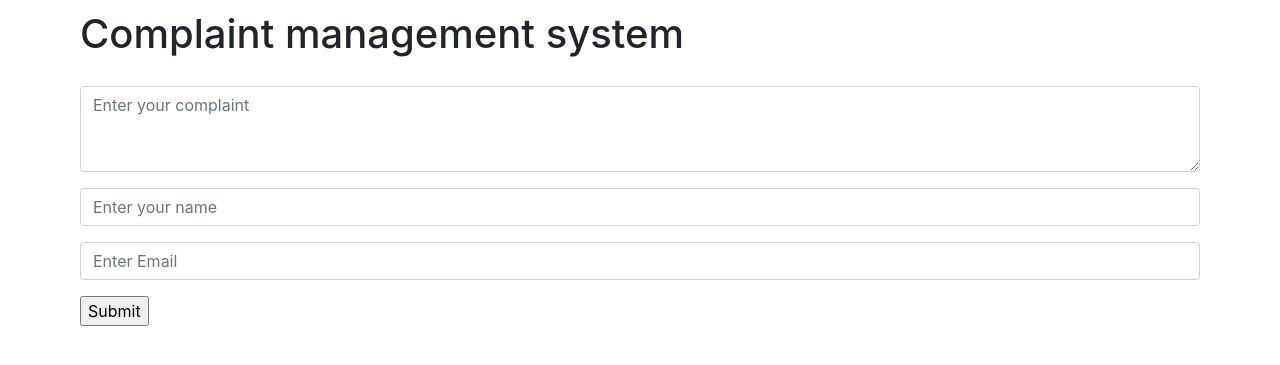
Repository: mkejeiri/Java-Entreprise
Page: http://localhost/complaintsystem/helloWorld
The author's editor kept a copy of each file at every save. The page is drawn from the files as they stood at one save, then again after the next save.
The browser window is 1280 px wide. The pictures show the whole page.
The page is served by Tomcat 9. Other server files are loaded and not shown.

Above is the page before, as saved 2018-05-10 19:24:57.

### complaintsystem/complaintsystem/WebContent/WEB-INF/HelloWorld.jsp
<%@ page language="java" contentType="text/html; charset=UTF-8"
    pageEncoding="UTF-8"%>
<!DOCTYPE html PUBLIC "-//W3C//DTD HTML 4.01 Transitional//EN" "http://www.w3.org/TR/html4/loose.dtd">
<html>
<head>
<meta http-equiv="Content-Type" content="text/html; charset=UTF-8">
<link rel="stylesheet" href="https://stackpath.bootstrapcdn.com/bootstrap/4.1.1/css/bootstrap.min.css" integrity="sha384-WskhaSGFgHYWDcbwN70/dfYBj47jz9qbsMId/iRN3ewGhXQFZCSftd1LZCfmhktB" crossorigin="anonymous">
<style>
	.spacing {
		padding:10px;
	}
</style>
<title>Insert title here</title>
</head>
<body>
	<div class="container spacing">
		<h1>Complaint management system</h1>
	</div>
	<div class="container spacing">
		<form action="/complaintsystem/submitComplaint" method="post">
			<div class="form-group">
			    <textarea class="form-control" id="exampleFormControlTextarea1" rows="3" placeholder="Enter your complaint"></textarea>
			</div>
			<div class="form-group">
			    <input type="text" class="form-control" name="name" placeholder="Enter your name">
			</div>
			<div class="form-group">
			    <input type="email" class="form-control" name="email" placeholder="Enter Email">
			</div>
			<input type="submit" class=".btn btn-default" value="Submit" >
		</form>
	</div>
	<script src="https://code.jquery.com/jquery-3.3.1.slim.min.js" integrity="sha384-q8i/X+965DzO0rT7abK41JStQIAqVgRVzpbzo5smXKp4YfRvH+8abtTE1Pi6jizo" crossorigin="anonymous"></script>
    <script src="https://cdnjs.cloudflare.com/ajax/libs/popper.js/1.14.3/umd/popper.min.js" integrity="sha384-ZMP7rVo3mIykV+2+9J3UJ46jBk0WLaUAdn689aCwoqbBJiSnjAK/l8WvCWPIPm49" crossorigin="anonymous"></script>
    <script src="https://stackpath.bootstrapcdn.com/bootstrap/4.1.1/js/bootstrap.min.js" integrity="sha384-smHYKdLADwkXOn1EmN1qk/HfnUcbVRZyYmZ4qpPea6sjB/pTJ0euyQp0Mk8ck+5T" crossorigin="anonymous"></script>
</body>
</html>

After the next save:
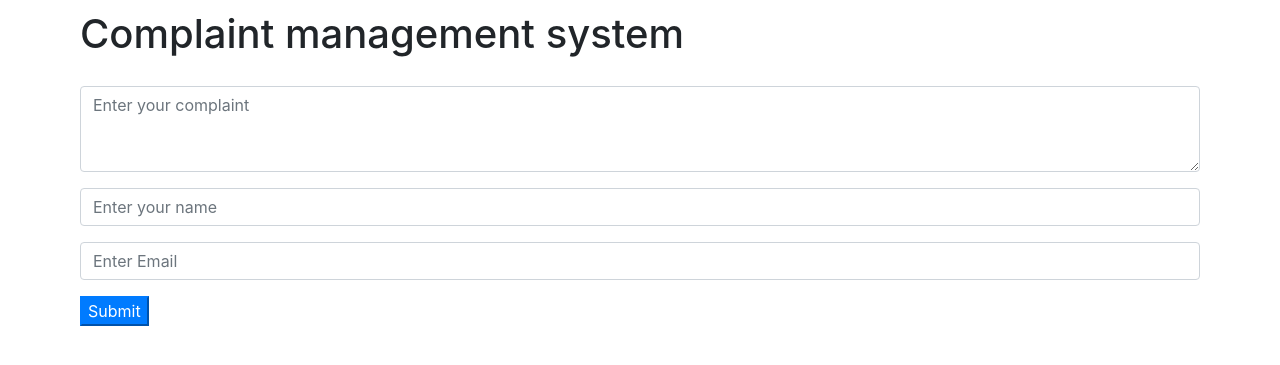
Saved 15 s later.
--- a/complaintsystem/complaintsystem/WebContent/WEB-INF/HelloWorld.jsp
+++ b/complaintsystem/complaintsystem/WebContent/WEB-INF/HelloWorld.jsp
@@ -27,7 +27,7 @@
 			<div class="form-group">
 			    <input type="email" class="form-control" name="email" placeholder="Enter Email">
 			</div>
-			<input type="submit" class=".btn btn-default" value="Submit" >
+			<input type="submit" class=".btn btn-primary" value="Submit" >
 		</form>
 	</div>
 	<script src="https://code.jquery.com/jquery-3.3.1.slim.min.js" integrity="sha384-q8i/X+965DzO0rT7abK41JStQIAqVgRVzpbzo5smXKp4YfRvH+8abtTE1Pi6jizo" crossorigin="anonymous"></script>
